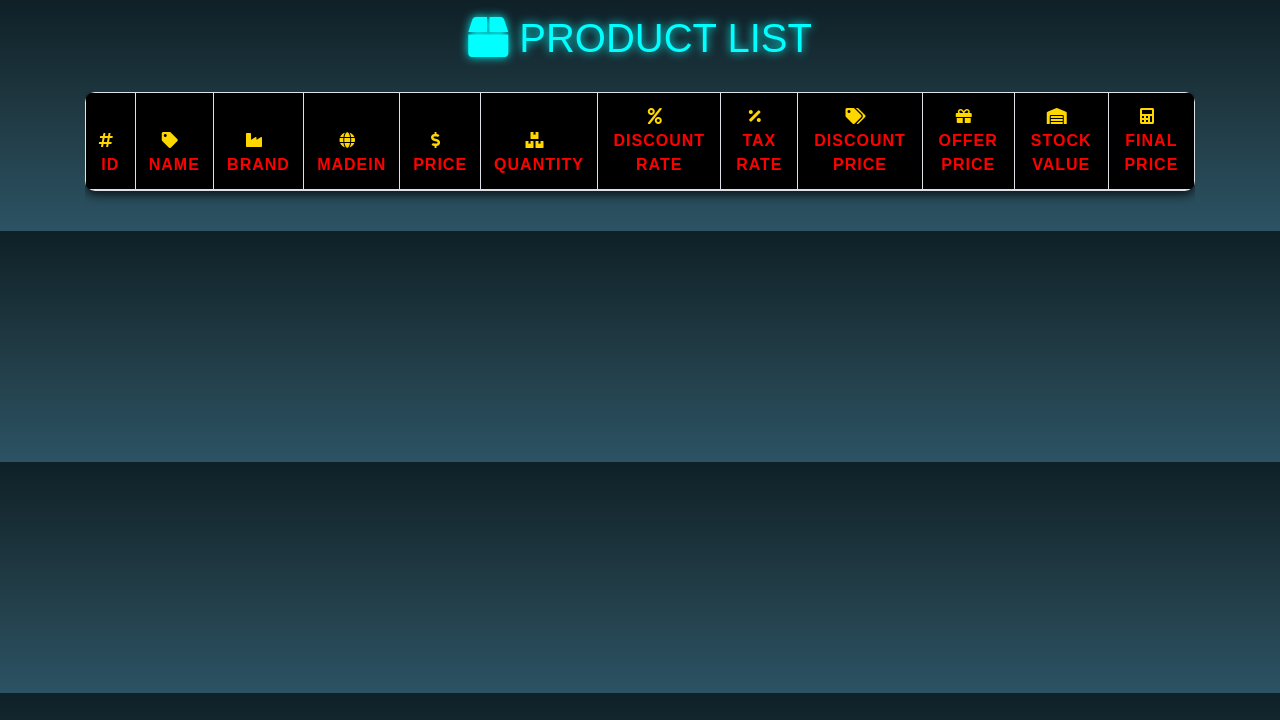
Repository: Ravi-kishor-09/Ravi-projects
Page: http://localhost/product-list
These files come from the project's save history. The page is drawn as it stood at one moment and after the next save; the edit follows.
The browser window is 1280 px wide. The pictures show the whole page.
The page is this project's Thymeleaf template; nobody is signed in. The template is opened directly, without the code that normally fills it, so the values that code supplies are empty.

Above is the page before, as saved 2024-12-20 19:27:48.

### spring1/src/main/resources/templates/product-list.html
<!DOCTYPE html>
<html lang="en">
<head>
    <meta charset="UTF-8">
    <meta name="viewport" content="width=device-width, initial-scale=1.0">
    <title>Product List</title>
    <!-- Bootstrap CSS -->
    <link href="https://maxcdn.bootstrapcdn.com/bootstrap/4.5.2/css/bootstrap.min.css" rel="stylesheet">
    <!-- Font Awesome for Icons -->
    <link href="https://cdnjs.cloudflare.com/ajax/libs/font-awesome/5.15.4/css/all.min.css" rel="stylesheet">
    <style>
        /* General Styles */
        body {
            background: linear-gradient(to bottom, #0f2027, #203a43, #2c5364);
            color: white;
            font-family: 'Arial', sans-serif;
        }
        h1 {
            color: aqua;
            margin-bottom: 20px;
            text-shadow: 0 0 10px aqua;
            animation: text-jump 2s infinite;
        }
        @keyframes text-jump {
            0%, 100% { transform: translateY(0); }
            50% { transform: translateY(-10px); }
        }

        /* Table Styles */
        table {
            background-color: rgba(0, 0, 0, 0.8);
            border-radius: 10px;
            overflow: hidden;
            box-shadow: 0 4px 10px rgba(0, 0, 0, 0.7);
        }
        thead th {
            background: linear-gradient(90deg, rgb(0, 0, 0), rgb(0, 0, 0));
            color: rgb(255, 0, 0);
            font-weight:bolder;
            text-transform: uppercase;
            letter-spacing: 1px;
        }
        tbody td {
            color: #d4f3ef;
        }
        tbody tr {
            transition: background-color 0.3s, transform 0.3s;
        }
        tbody tr:hover {
            background: #333;
            transform: scale(1.02);
            cursor: pointer;
        }

        /* Column Icons */
        .icon {
            color: gold;
            margin-right: 8px;
        }

        /* Button and Interaction Styles */
        .btn {
            border: none;
            color: white;
            background: linear-gradient(90deg, #56ab2f, #a8e063);
            padding: 8px 15px;
            border-radius: 20px;
            transition: all 0.3s ease-in-out;
        }
        .btn:hover {
            background: linear-gradient(90deg, #a8e063, #56ab2f);
            box-shadow: 0 0 10px #a8e063;
        }

        /* Row Glow Effect */
        tbody tr:hover td {
            text-shadow: 0 0 8px #39ff14;
        }

        /* Responsive Styles */
        @media (max-width: 768px) {
            h1 {
                font-size: 1.5rem;
            }
            table {
                font-size: 0.9rem;
            }
        }
    </style>
</head>
<body>
    <div class="container text-center py-4">
        <h1><i class="fas fa-box"></i> PRODUCT LIST</h1>
        <div class="table-responsive">
            <table class="table table-bordered table-hover">
                <thead>
                    <tr>
                        <th><i class="fas fa-hashtag icon"></i>Id</th>
                        <th><i class="fas fa-tag icon"></i>Name</th>
                        <th><i class="fas fa-industry icon"></i>Brand</th>
                        <th><i class="fas fa-globe icon"></i>MadeIn</th>
                        <th><i class="fas fa-dollar-sign icon"></i>Price</th>
                        <th><i class="fas fa-boxes icon"></i>Quantity</th>
                        <th><i class="fas fa-percent icon"></i>Discount Rate</th>
                        <th><i class="fas fa-percentage icon"></i>Tax Rate</th>
                        <th><i class="fas fa-tags icon"></i>Discount Price</th>
                        <th><i class="fas fa-gift icon"></i>Offer Price</th>
                        <th><i class="fas fa-warehouse icon"></i>Stock Value</th>
                        <th><i class="fas fa-calculator icon"></i>Final Price</th>
                    </tr>
                </thead>
                <tbody>
                    <tr th:each="product : ${products}">
                        <td th:text="${product.Id}"></td>
                        <td th:text="${product.Name}"></td>
                        <td th:text="${product.Brand}"></td>
                        <td th:text="${product.MadeIn}"></td>
                        <td th:text="${product.price}"></td>
                        <td th:text="${product.Quantity}"></td>
                        <td th:text="${product.discountRate}"></td>
                        <td th:text="${product.taxRate}"></td>
                        <td th:text="${product.discountprice}"></td>
                        <td th:text="${product.offerprice}"></td>
                        <td th:text="${product.stockvalue}"></td>
                        <td th:text="${product.finalprice}"></td>
                    </tr>

                </tbody>
            </table>
        </div>
    </div>
</body>
</html>

After the next save:
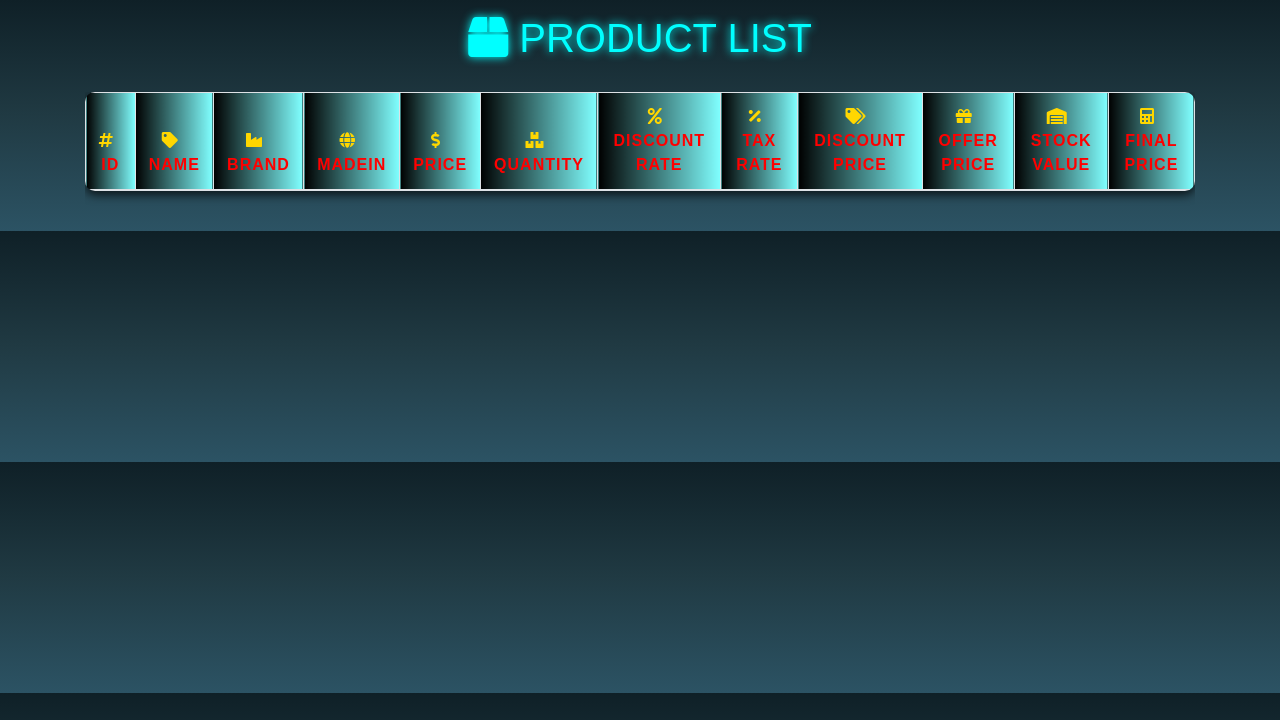
Saved 17 s later.
--- a/spring1/src/main/resources/templates/product-list.html
+++ b/spring1/src/main/resources/templates/product-list.html
@@ -34,7 +34,7 @@
             box-shadow: 0 4px 10px rgba(0, 0, 0, 0.7);
         }
         thead th {
-            background: linear-gradient(90deg, rgb(0, 0, 0), rgb(0, 0, 0));
+            background: linear-gradient(90deg, rgb(0, 0, 0), rgb(128, 255, 255));
             color: rgb(255, 0, 0);
             font-weight:bolder;
             text-transform: uppercase;
